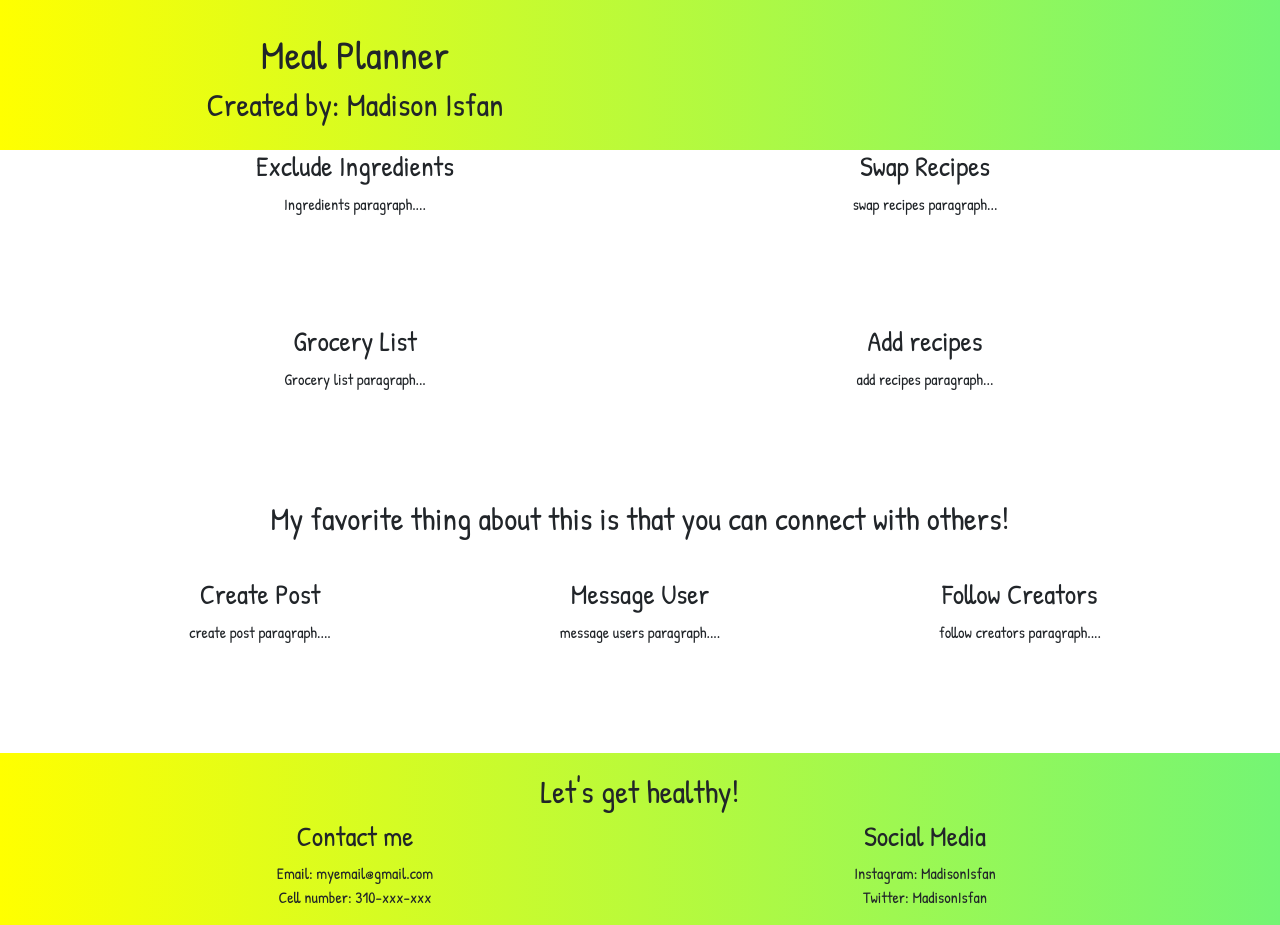
Repository: madisonisfan/Meal-Planner
Page: index.html
The author's editor kept a copy of each file at every save. The page is drawn from the files as they stood at one save, then again after the next save.
The browser window is 1280 px wide. The pictures show the whole page.
Some web libraries are served in a nearby version.

Above is the page before, as saved 2021-02-17 17:37:16.

After the next save:
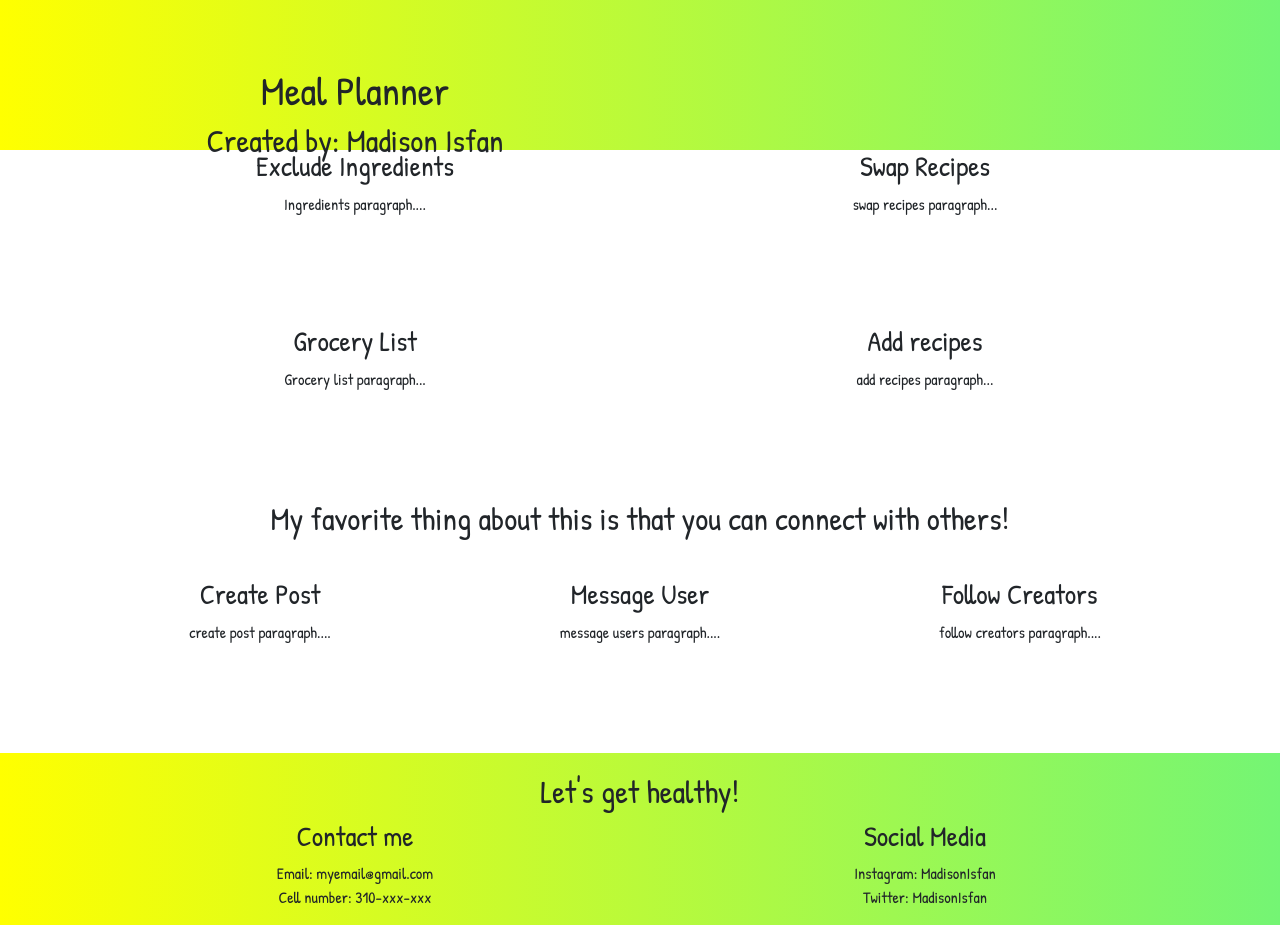
Saved 30 s later.
--- a/index.html
+++ b/index.html
@@ -16,7 +16,7 @@
     <header class="jumbotron">
         <div class="container">
             <div class="row row-content  justify-content-center">
-                <div class="col text-center">
+                <div class="col text-center align-self-center">
                     <h1>Meal Planner</h1>
                     <h2>Created by: Madison Isfan</h2>
                 </div>

After the save that followed:
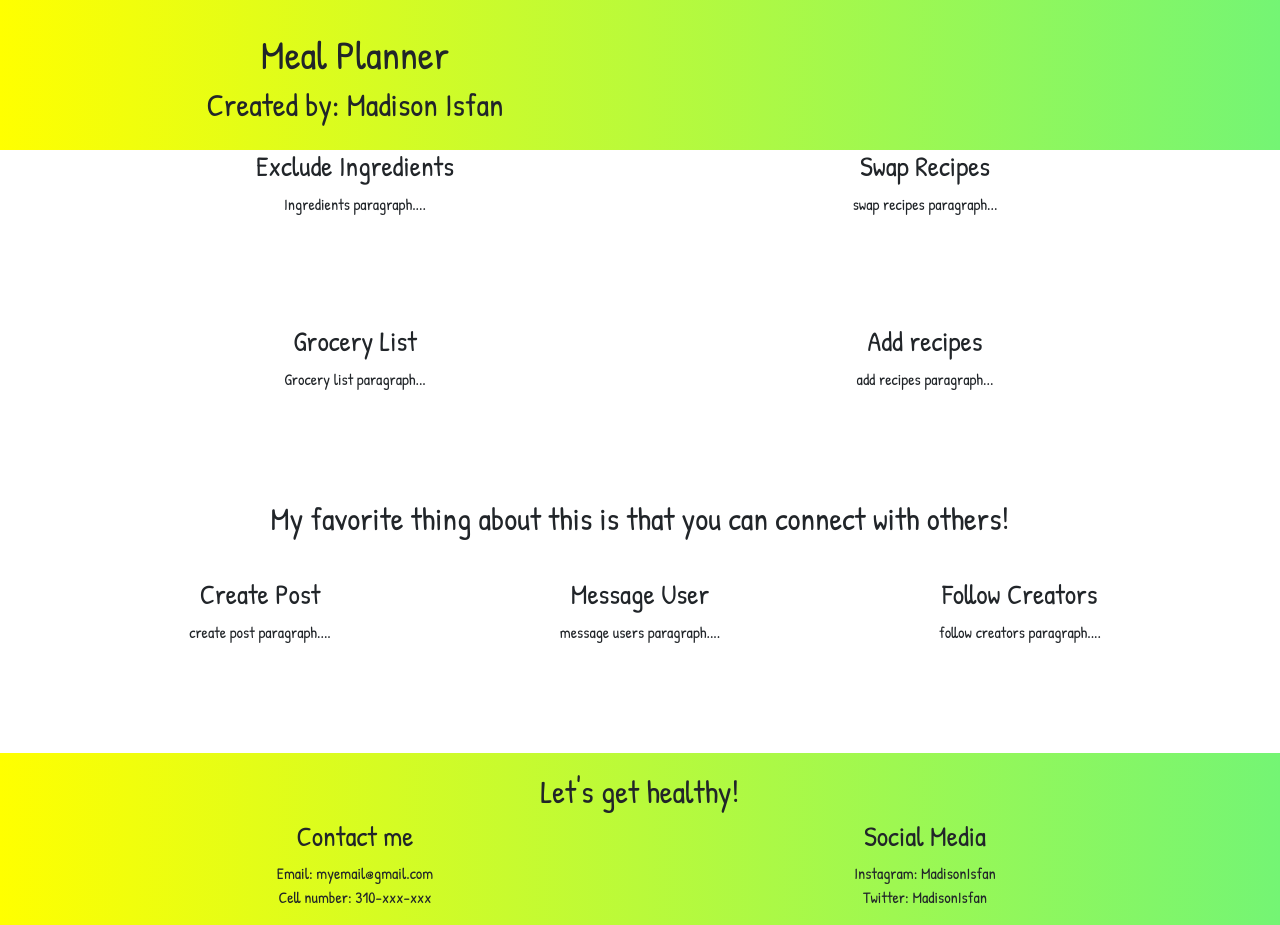
Saved 39 s later.
--- a/index.html
+++ b/index.html
@@ -15,7 +15,7 @@
 
     <header class="jumbotron">
         <div class="container">
-            <div class="row row-content  justify-content-center">
+            <div class="row  justify-content-center">
                 <div class="col text-center align-self-center">
                     <h1>Meal Planner</h1>
                     <h2>Created by: Madison Isfan</h2>
